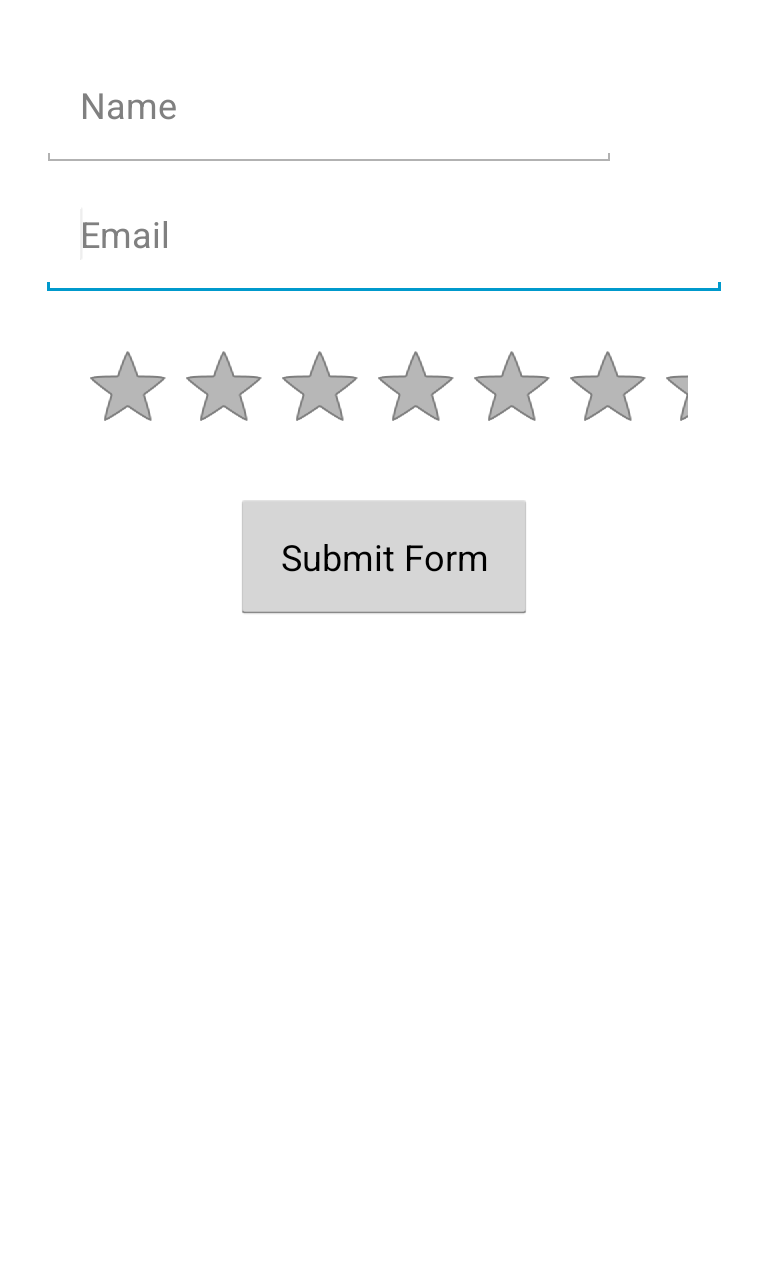
Repository: stefanyhurtado/Control2
Layout: Aci810-control1/Control2/res/layout/activity_main.xml
These files come from the project's save history. The layout is drawn as it stood at one moment and after the next save; the edit follows.
It is drawn on a 768 x 1280 px phone screen (xhdpi) without system bars, with theme AppTheme; the app's code is not run.

Above is the layout before, as saved 2013-10-24 01:58:24.

### Aci810-control1/Control2/res/layout/activity_main.xml
<LinearLayout xmlns:android="http://schemas.android.com/apk/res/android"
    xmlns:tools="http://schemas.android.com/tools"
    android:layout_width="match_parent"
    android:layout_height="match_parent"
    android:paddingBottom="@dimen/activity_vertical_margin"
    android:paddingLeft="@dimen/activity_horizontal_margin"
    android:paddingRight="@dimen/activity_horizontal_margin"
    android:paddingTop="@dimen/activity_vertical_margin"
      android:orientation="vertical"
      android:padding="20dip"
    tools:context=".MainActivity" >

   <EditText
       android:id="@+id/editText1"
       android:layout_width="289dp"
       android:layout_height="wrap_content"
       android:hint="@string/edit_text1"
       android:padding="20dip"  />

   <EditText
       android:id="@+id/editText2"
       android:layout_width="match_parent"
       android:layout_height="wrap_content"
       android:ems="10"
       android:hint="@string/Email_Text"
       android:inputType="textEmailAddress"
       android:padding="20dip">

       <requestFocus />
   </EditText>

   <RatingBar
       android:id="@+id/ratingBar1"
       android:layout_width="match_parent"
       android:layout_height="wrap_content"
       android:padding="20dip" />

   <Button
       android:id="@+id/button1"
       android:layout_width="150dp"
       android:layout_height="wrap_content"
       android:layout_gravity="center"
        android:text="@string/Button1_SubmitForm"
         android:onClick="ShowFormActivity"
        android:padding="20dip"  />

</LinearLayout>

### Aci810-control1/Control2/res/values/strings.xml
<?xml version="1.0" encoding="utf-8"?>
<resources>

    <string name="app_name">Control2</string>
    <string name="action_settings">Settings</string>
    <string name="edit_text1">Name</string>
    <string name="Email_Text">Email</string>
    <string name="Button1_SubmitForm">Submit Form</string>
    <string name="title_activity_main_activity1">MainActivity1</string>
    <string name="Text_View1">Jonh Doe</string>
    <string name="Text_View2">jonh.doe@lost.com</string>
    <string name="title_activity_show_form">ShowFormActivity</string>

</resources>

Loaded but not shown: Aci810-control1/Control2/res/values/styles.xml (common file); Aci810-control1/Control2/res/values-v11/styles.xml (common file); Aci810-control1/Control2/res/values-v14/styles.xml (common file); Aci810-control1/Control2/res/values/dimens.xml (common file)

After the next save:
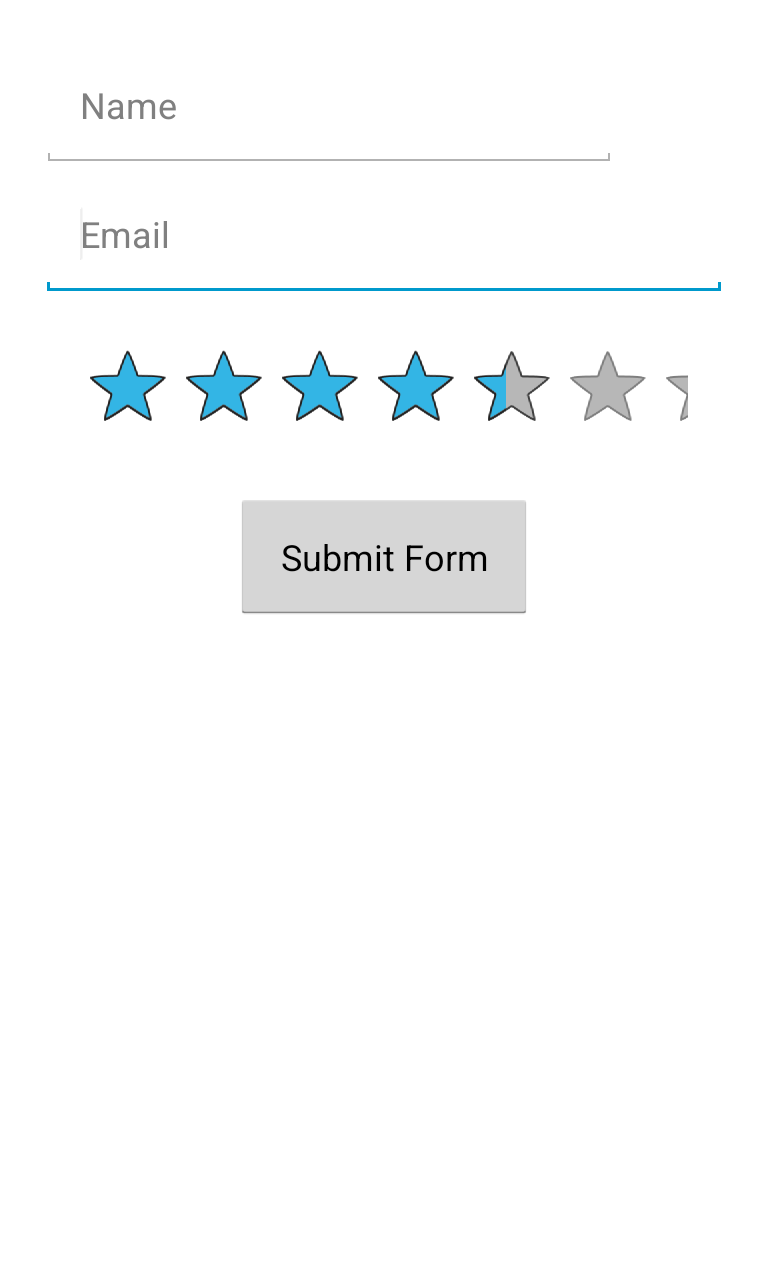
Saved 15 min 28 s later.
--- a/Aci810-control1/Control2/res/layout/activity_main.xml
+++ b/Aci810-control1/Control2/res/layout/activity_main.xml
@@ -33,6 +33,8 @@
        android:id="@+id/ratingBar1"
        android:layout_width="match_parent"
        android:layout_height="wrap_content"
+       android:numStars="5"
+        android:rating="3.5"
        android:padding="20dip" />
 
    <Button

After the save that followed:
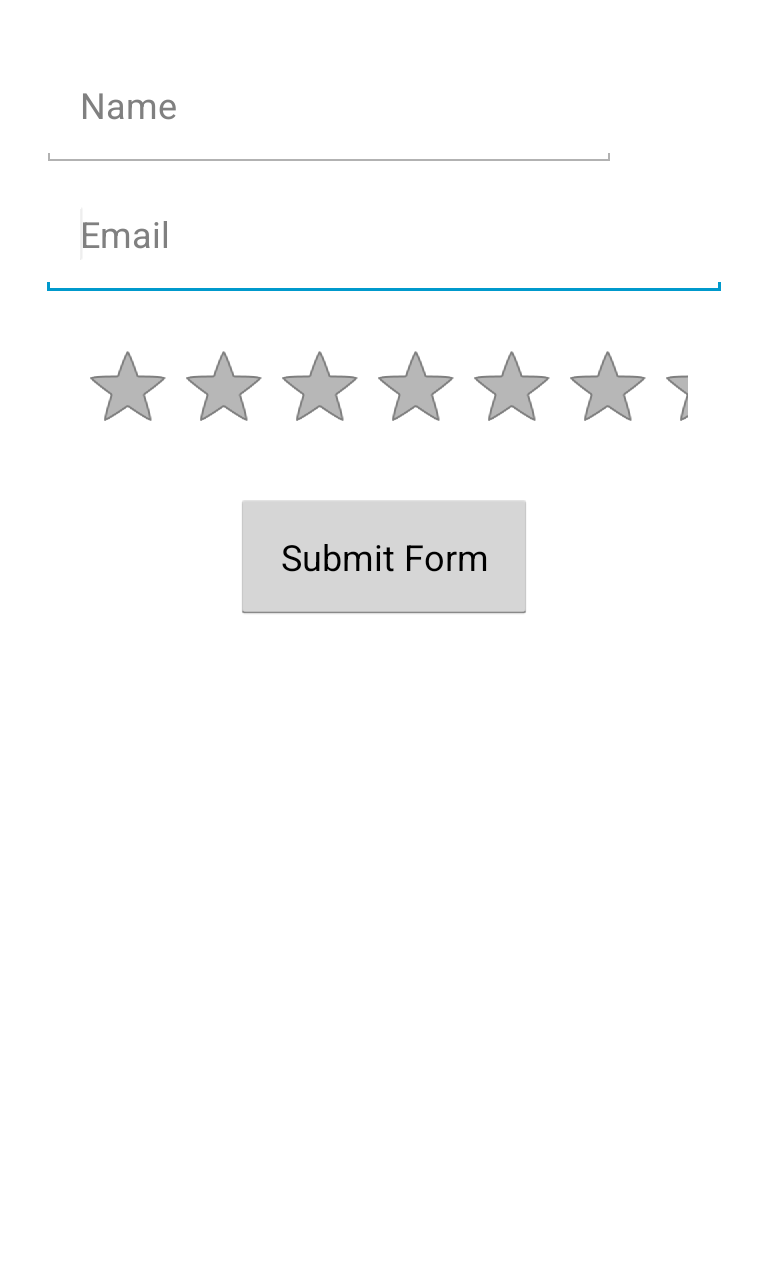
Saved 37 s later.
--- a/Aci810-control1/Control2/res/layout/activity_main.xml
+++ b/Aci810-control1/Control2/res/layout/activity_main.xml
@@ -34,7 +34,6 @@
        android:layout_width="match_parent"
        android:layout_height="wrap_content"
        android:numStars="5"
-        android:rating="3.5"
        android:padding="20dip" />
 
    <Button
